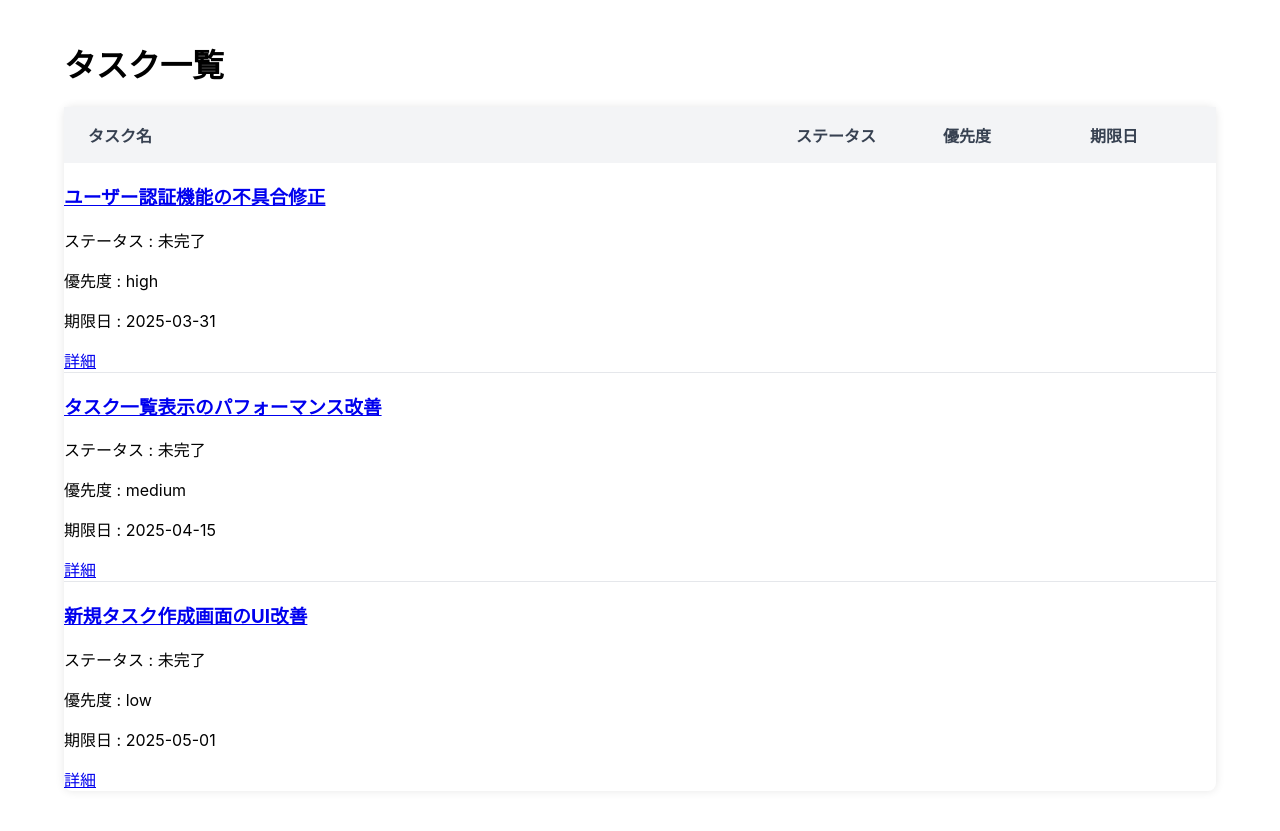
Repository: s1ros75/react-task-app
Page: /tasks
An editor plug-in stored every save of this project. The page is shown before and after the next save, followed by the edit.
The browser window is 1280 px wide. The pictures show the whole page.
The project was rebuilt for these pictures with package versions that can differ from the ones it lists, and the page was loaded fresh each time. Also part of the build but not shown: vite.config.ts, src/styles/home.module.css, src/pages/home/index.tsx.

Above is the page before, as saved 2026-01-16 00:30:33.

### src/main.tsx
import { StrictMode } from "react";
import { createRoot } from "react-dom/client";
import "./index.css";
import App from "./App.tsx";
import { BrowserRouter } from "react-router-dom";

const rootElement = document.getElementById("root");

createRoot(rootElement!).render(
  <StrictMode>
    <BrowserRouter>
      <App />
    </BrowserRouter>
  </StrictMode>
);

### src/index.css
:root {
  font-family: Inter, system-ui, Avenir, Helvetica, Arial, sans-serif;
}

body {
  margin: 0;
  padding: 0;
  font-family: var(--font-family);
}

### src/App.tsx
import { Route, Routes } from "react-router-dom";
import HomePage from "./pages/home";
import TaskListPage from "./pages/tasks/taskListPage";

function App() {
  return (
    <Routes>
      <Route path="/" element={<HomePage />} />
      <Route path="/tasks" element={<TaskListPage />} /> {/* タスク一覧ページのルーティング設定 */}
    </Routes>
  );
}

export default App;

### src/pages/tasks/taskListPage.tsx
import TaskListContainer from "../../features/tasks/containers/TaskListContainer";

export default function TaskListPage() {
  return (
    <div>
      <TaskListContainer /> {/* タスク一覧コンポーネントを読み込む */}
    </div>
  );
}

### src/features/tasks/containers/TaskListContainer.tsx
import { useEffect, useState } from "react";
import { getTasks } from "../hooks/getTasks";
import { Task } from "../../../types/task";
import TaskCard from "../components/TaskCard";
import styles from "../styles/TaskListContainer.module.css";

export default function TaskListContainer() {
  const [tasks, setTasks] = useState<Task[]>([]);

  useEffect(() => {
    const fetchTasks = async () => {
      const fetchedTasks = await getTasks();
      setTasks(fetchedTasks);
    };
    fetchTasks();
  }, []);

  return (
    <div className={styles.container}>
      <h1>タスク一覧</h1>
      <div className={styles.tableContainer}>
        <div className={styles.header}>
          <div>タスク名</div>
          <div>ステータス</div>
          <div>優先度</div>
          <div>期限日</div>
        </div>
        <div className={styles.taskList}>
          {tasks.map((task) => (
            <TaskCard key={task.id} task={task} />
          ))}
        </div>
      </div>
    </div>
  );
}

### src/features/tasks/hooks/getTasks.ts
import { Task } from "../../../types/task";
import { mockTasks } from "../mocks/task";

export const getTasks = (): Promise<Task[]> => {
  return new Promise((resolve) => {
    setTimeout(() => resolve([...mockTasks]));
  });
};

### src/features/tasks/components/TaskCard.tsx
import { Link } from "react-router-dom";
import { Task } from "../../../types/task";

type Props = {
  task: Task;
};

export default function TaskCard({ task }: Props) {
  return (
    <div>
      <Link to={`/tasks/${task.id}`}>
        <h3>{task.title}</h3>
      </Link>
      <p>ステータス : {task.status ? "完了" : "未完了"}</p>
      <p>優先度 : {task.priority}</p>
      <p>期限日 : {task.dueDate}</p>
      <Link to={`/tasks/${task.id}`}>詳細</Link>
    </div>
  );
}

### src/features/tasks/styles/TaskListContainer.module.css
.container {
  width: 90%;
  max-width: 1400px;
  margin: 40px auto;
}

.tableContainer {
  margin: 0 auto;
  background-color: white;
  border-radius: 0.5rem;
  box-shadow: 0 0 10px rgba(0, 0, 0, 0.1);
}

.header {
  display: grid;
  grid-template-columns: 1fr 115px 115px 110px;
  column-gap: 2rem;
  align-items: center;
  padding: 1rem 1rem 1rem 1.5rem;
  background-color: #f3f4f6;
  font-weight: 600;
  color: #374151;
}

.taskList {
  display: flex;
  flex-direction: column;
}

.taskList > *:not(:last-child) {
  border-bottom: 1px solid #e5e7eb;
}

### src/features/tasks/mocks/task.ts
import { Task } from "../../../types/task";

export const mockTasks: Task[] = [
  {
    id: 1,
    title: "ユーザー認証機能の不具合修正",
    description: "ユーザーがログイン時に、不正なトークンエラーが発生する問題を修正します。",
    status: false,
    priority: "high",
    dueDate: "2025-03-31",
    createdAt: "2025-02-17T10:00:00Z",
    updatedAt: "2025-02-17T10:00:00Z",
  },
  {
    id: 2,
    title: "タスク一覧表示のパフォーマンス改善",
    description:
      "タスク一覧ページで、タスクが大量にある場合の表示遅延を改善します。不要な再レンダリングを防ぐため、コンポーネントの最適化を実施してください。",
    status: false,
    priority: "medium",
    dueDate: "2025-04-15",
    createdAt: "2025-02-17T10:00:00Z",
    updatedAt: "2025-02-17T10:00:00Z",
  },
  {
    id: 3,
    title: "新規タスク作成画面のUI改善",
    description:
      "新規タスク作成画面の入力フォームのユーザビリティ向上を図ります。エラーメッセージの明示化や、入力フィールドのデザインを改善してください。",
    status: false,
    priority: "low",
    dueDate: "2025-05-01",
    createdAt: "2025-02-17T10:00:00Z",
    updatedAt: "2025-02-17T10:00:00Z",
  },
];

### src/features/tasks/styles/taskCard.module.css
.taskCard {
  display: grid;
  grid-template-columns: 1fr 120px 120px 120px;
  column-gap: 2rem;
  align-items: center;
  transition: background-color 0.2s ease;
}

.taskCard:hover {
  background-color: #f9fafb;
}

.detailLink {
  height: 100%;
  display: flex;
  align-items: center;
  text-decoration: none;
  padding-left: 1.5rem;
  transition: color 0.2s ease;
}

.detailLink:hover .taskTitle {
  color:rgb(56, 92, 202);
}

.taskTitle {
  font-weight: 600;
  color: #111827;
  margin: 0;
}

.badge {
  display: inline-block;
  padding: 0.25rem 0.5rem;
  margin: 1.5rem 0;
  border-radius: 9999px;
  font-size: 0.75rem;
  font-weight: 500;
  text-align: center;
  cursor: pointer;
}

.completed {
  background-color: #d1fae5;
  color: #065f46;
}

.incomplete {
  background-color: #fef3c7;
  color: #92400e;
}

.highPriority {
  background-color: #fee2e2;
  color: #991b1b;
}

.mediumPriority {
  background-color: #fef3c7;
  color: #92400e;
}

.lowPriority {
  background-color: #d1fae5;
  color: #065f46;
}

.defaultPriority {
  background-color: #e5e7eb;
  color: #374151;
}

.dueDate {
  color: #6b7280;
}

Loaded but not shown: index.html (common file)

After the next save:
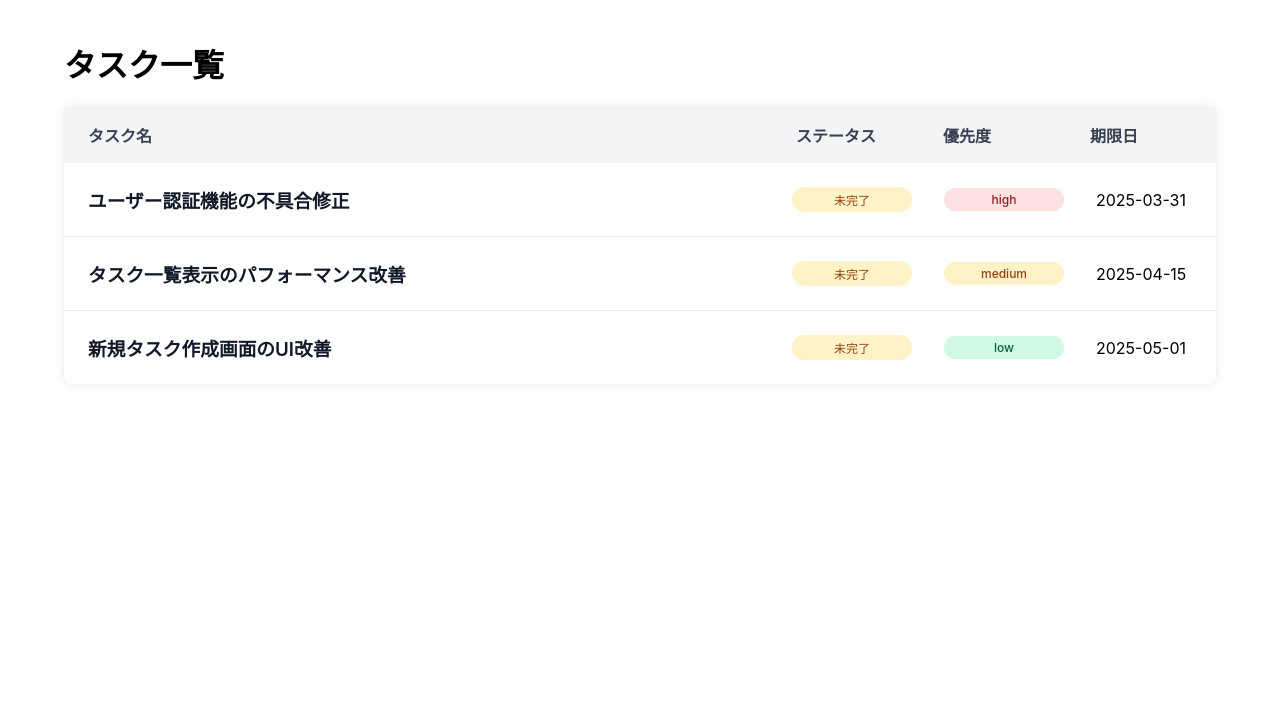
Saved 29 s later.
--- a/src/features/tasks/components/TaskCard.tsx
+++ b/src/features/tasks/components/TaskCard.tsx
@@ -1,20 +1,41 @@
 import { Link } from "react-router-dom";
-import { Task } from "../../../types/task";
+import { Priority, Task } from "../../../types/task";
+import styles from "../styles/taskCard.module.css";
 
 type Props = {
   task: Task;
 };
 
 export default function TaskCard({ task }: Props) {
+  // 優先度に応じたクラス名を返す関数
+  const getPriorityClass = (priority: Priority): string => {
+    switch (priority.toLowerCase()) {
+      case "high":
+        return styles.highPriority;
+      case "medium":
+        return styles.mediumPriority;
+      case "low":
+        return styles.lowPriority;
+      default:
+        return styles.defaultPriority;
+    }
+  };
+
+  // ステータスに応じた表示ラベルを返す関数
+  const getStatusLabel = (status: boolean): string => {
+    return status ? "完了" : "未完了";
+  };
+
   return (
-    <div>
-      <Link to={`/tasks/${task.id}`}>
-        <h3>{task.title}</h3>
+    <div className={styles.taskCard}>
+      <Link to={`/tasks/${task.id}`} className={styles.detailLink}>
+        <h3 className={styles.taskTitle}>{task.title}</h3>
       </Link>
-      <p>ステータス : {task.status ? "完了" : "未完了"}</p>
-      <p>優先度 : {task.priority}</p>
-      <p>期限日 : {task.dueDate}</p>
-      <Link to={`/tasks/${task.id}`}>詳細</Link>
+      <p className={`${styles.badge} ${task.status ? styles.completed : styles.incomplete}`}>
+        {getStatusLabel(task.status)}
+      </p>
+      <p className={`${styles.badge} ${getPriorityClass(task.priority)}`}>{task.priority}</p>
+      <p className={styles.taskDueDate}>{task.dueDate}</p>
     </div>
   );
 }
